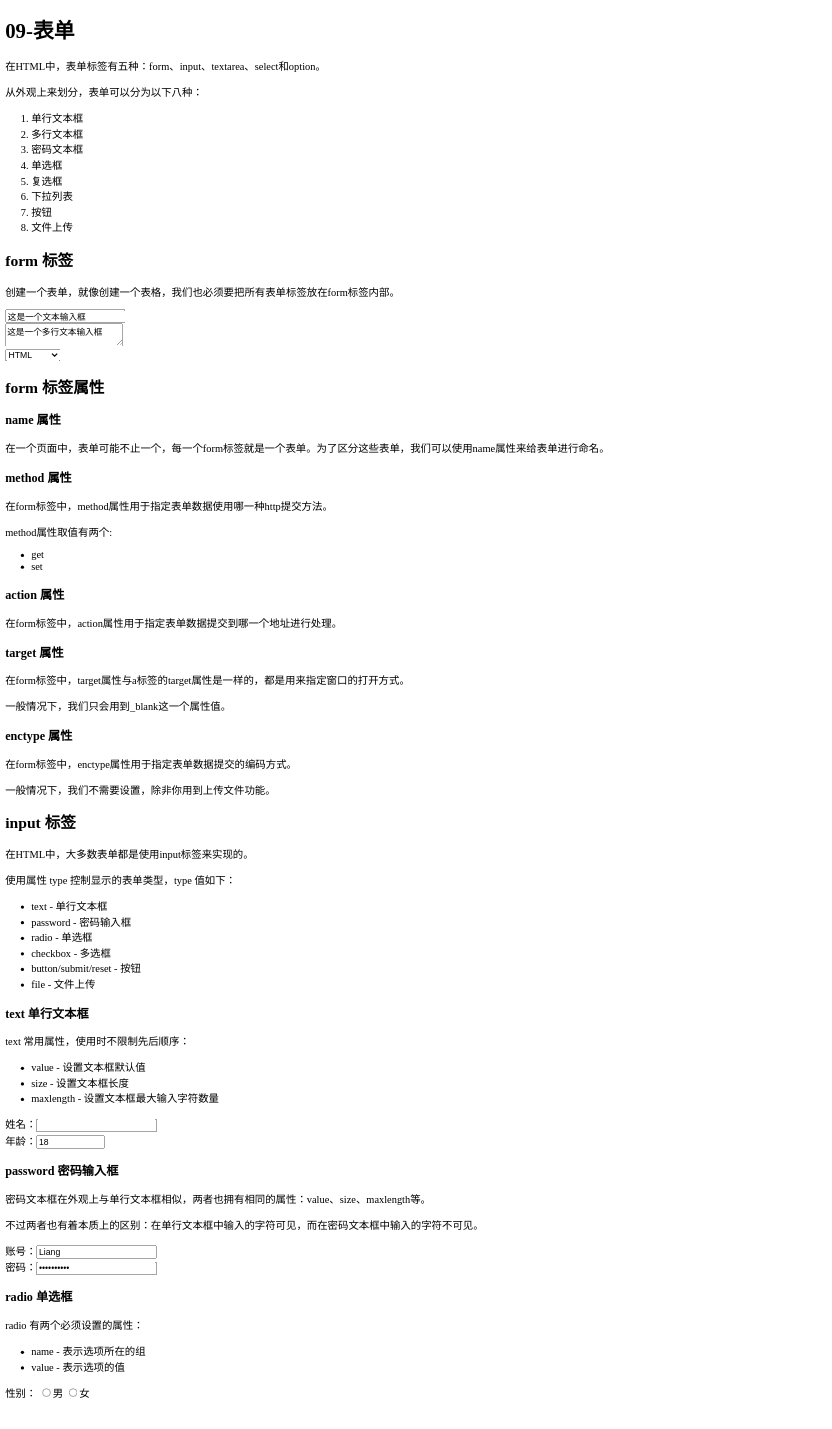
Repository: liang-n/front-end-basics
Page: 09-表单.html
An editor plug-in stored every save of this project. The page is shown before and after the next save, followed by the edit.
The browser window is 1280 px wide. The pictures show the whole page, at 65% of full size.

Above is the page before, as saved 2022-05-15 17:01:28.

### 09-表单.html
<!DOCTYPE html>
<html>

<head>
    <meta charset="utf-8">
    <title>09-表单</title>
</head>

<body>
    <h1>09-表单</h1>
    <p>在HTML中，表单标签有五种：form、input、textarea、select和option。</p>
    <p>从外观上来划分，表单可以分为以下八种：</p>
    <ol>
        <li>单行文本框</li>
        <li>多行文本框</li>
        <li>密码文本框</li>
        <li>单选框</li>
        <li>复选框</li>
        <li>下拉列表</li>
        <li>按钮</li>
        <li>文件上传</li>
    </ol>

    <h2>form 标签</h2>
    <p>创建一个表单，就像创建一个表格，我们也必须要把所有表单标签放在form标签内部。</p>
    <form>
        <input type="text" value="这是一个文本输入框"><br>
        <textarea>这是一个多行文本输入框</textarea><br>
        <select>
            <option>HTML</option>
            <option>CSS</option>
            <option>JavaScript</option>
        </select>
    </form>

    <h2>form 标签属性</h2>
    <h3>name 属性</h3>
    <p>在一个页面中，表单可能不止一个，每一个form标签就是一个表单。为了区分这些表单，我们可以使用name属性来给表单进行命名。</p>
    <h3>method 属性</h3>
    <p>在form标签中，method属性用于指定表单数据使用哪一种http提交方法。</p>
    <p>method属性取值有两个:</p>
    <ul>
        <li>get</li>
        <li>set</li>
    </ul>
    <h3>action 属性</h3>
    <p>在form标签中，action属性用于指定表单数据提交到哪一个地址进行处理。</p>
    <h3>target 属性</h3>
    <p>在form标签中，target属性与a标签的target属性是一样的，都是用来指定窗口的打开方式。</p>
    <p>一般情况下，我们只会用到_blank这一个属性值。</p>
    <h3>enctype 属性</h3>
    <p>在form标签中，enctype属性用于指定表单数据提交的编码方式。</p>
    <p>一般情况下，我们不需要设置，除非你用到上传文件功能。</p>

    <h2>input 标签</h2>
    <p>在HTML中，大多数表单都是使用input标签来实现的。</p>
    <p>使用属性 type 控制显示的表单类型，type 值如下：</p>
    <ul>
        <li>text - 单行文本框</li>
        <li>password - 密码输入框</li>
        <li>radio - 单选框</li>
        <li>checkbox - 多选框</li>
        <li>button/submit/reset - 按钮</li>
        <li>file - 文件上传</li>
    </ul>
    <h3>text 单行文本框</h3>
    <p>text 常用属性，使用时不限制先后顺序：</p>
    <ul>
        <li>value - 设置文本框默认值</li>
        <li>size - 设置文本框长度</li>
        <li>maxlength - 设置文本框最大输入字符数量</li>
    </ul>
    姓名：<input type="text"><br>
    年龄：<input type="text" value="18" size="10" maxlength="3">
    <h3>password 密码输入框</h3>
    <p>密码文本框在外观上与单行文本框相似，两者也拥有相同的属性：value、size、maxlength等。</p>
    <p>不过两者也有着本质上的区别：在单行文本框中输入的字符可见，而在密码文本框中输入的字符不可见。</p>
    <form method="post"></form>
    账号：<input type="text" maxlength="10" value="Liang"><br>
    密码：<input type="password" maxlength="10" value="1234567890">
    <h3>radio 单选框</h3>
    radio 有两个必须设置的属性：
    <ul>
        <li>name - 表示选项所在的组</li>
        <li>value - 表示选项的值</li>
    </ul>
    性别：
    <input type="radio" name="gender" value="0">男
    <input type="radio" name="gender" value="1">女
</body>

<br><br><br>

</html>

After the next save:
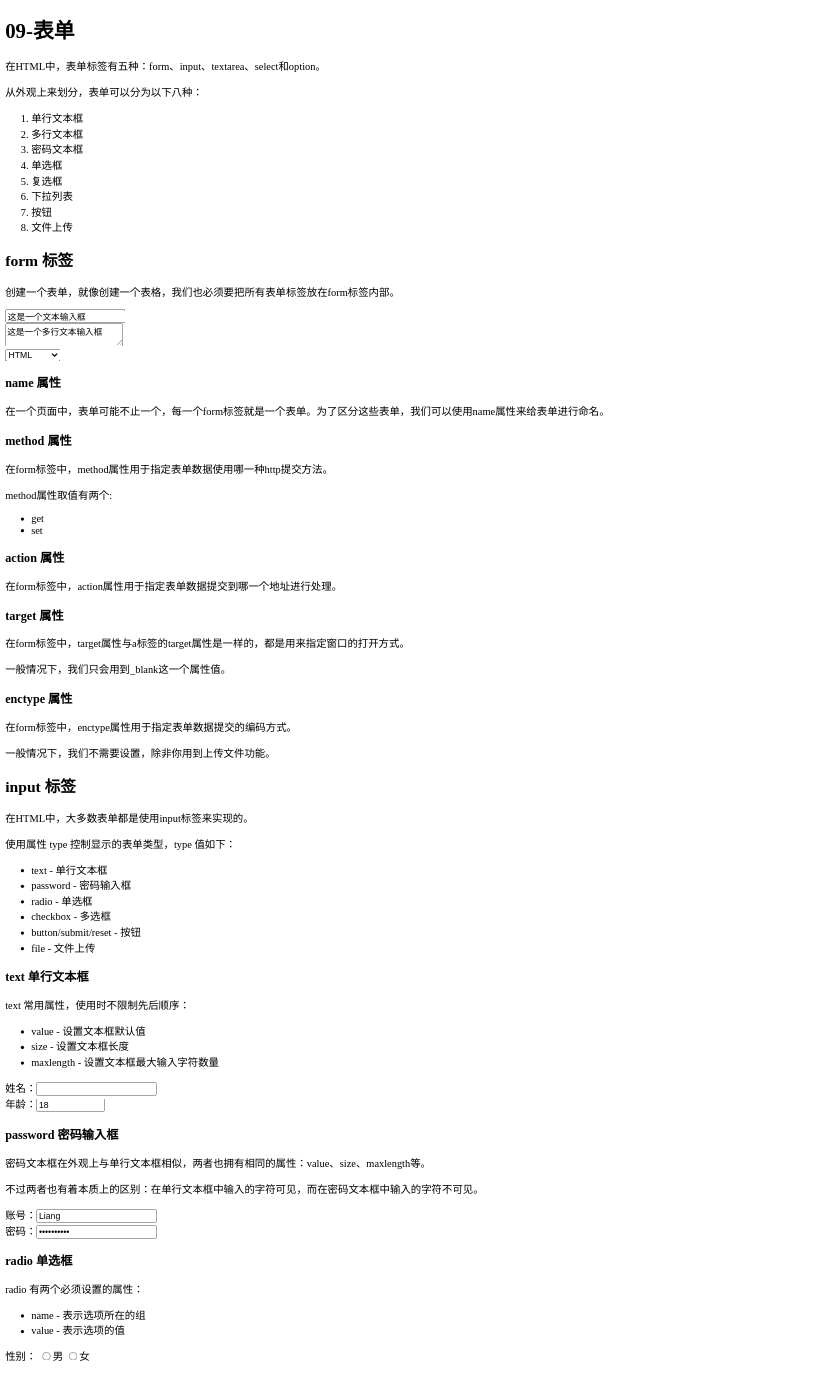
Saved 10 s later.
--- a/09-表单.html
+++ b/09-表单.html
@@ -33,7 +33,7 @@
         </select>
     </form>
 
-    <h2>form 标签属性</h2>
+
     <h3>name 属性</h3>
     <p>在一个页面中，表单可能不止一个，每一个form标签就是一个表单。为了区分这些表单，我们可以使用name属性来给表单进行命名。</p>
     <h3>method 属性</h3>
